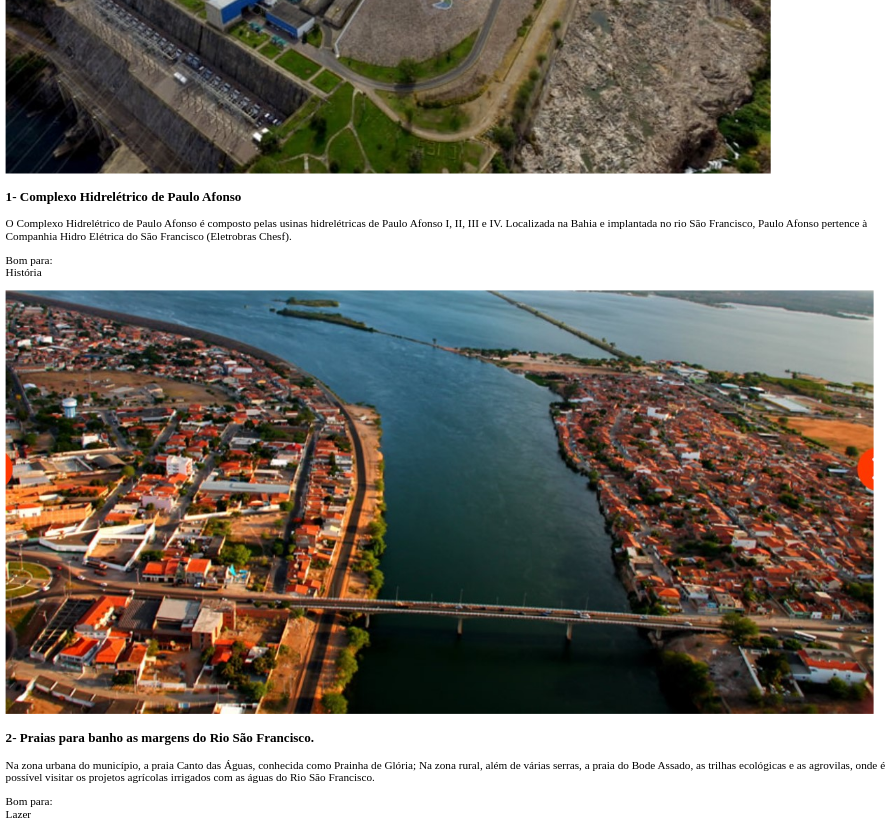
Repository: JeffRodFer/testeGitXGithub
Page: index.html
These files come from the project's save history. The page is drawn as it stood at one moment and after the next save; the edit follows.
The browser window is 1280 px wide. The pictures show the part of the page from y = 1567 to 3487 px (the page is 2755 px tall before and 3487 px after), at 70% of full size.

Above is the page before, as saved 2025-03-15 19:06:21.

### index.html
<!DOCTYPE html>
<html lang="pt-br">
<head>
    <meta charset="UTF-8">
    <meta name="viewport" content="width=device-width, initial-scale=1.0">
    <title>Local Turístico</title>
</head>
<body>
    <main>
        <div>
            <p>Sua próxima viagem</p>
            <h1>Conheça Paulo Afonso</h1>
            <section>
                <img src="assets/main.jpg" alt="visão geral da hidroelêtrica">
                <p>O Complexo Hidrelétrico de Paulo Afonso é um conjunto de usinas, localizado na cidade de Paulo Afonso, formado pelas usinas de Paulo Afonso I, II, III, IV e Apolônio Sales (Moxotó), que produz 4 279,6 megawatts de energia, gerada a partir da força das águas da Cachoeira de Paulo Afonso, um desnível natural de 80 metros do Rio São Francisco. Sendo assim, o Complexo de usinas de Paulo Afonso tem a terceira maior capacidade instalada dentre as usinas do Brasil, perdendo apenas para Belo Monte (11 233 MW) e Tucuruí (8 000 MW), já que Itaipu com 14 000 MW é binacional (Brasil/Paraguai). </p>
            </section>
            <section>
                <p>História e tecnologia a favor do desenvolvimento</p>
                <h2>Descubra três destinos incríveis em Paulo Afonso</h2>
                <p>
                         A construção do Complexo Hidrelétrico de Paulo Afonso no início da década de 1950 foi um marco para a engenharia brasileira, visto que foi necessário controlar e reverter o fluxo do Rio São Francisco, numa obra de engenharia sem tamanho para aquela época, para então iniciar-se o processo de construção da barragem da primeira usina (Paulo Afonso I), depois inaugurada pelo presidente Café Filho em 15 de janeiro de 1955
                </p>
                <img src="assets/hidroele.jpg" alt="hidroelêtrica">
                <h3>1- Complexo Hidrelétrico de Paulo Afonso</h3>
                <p>
                     O Complexo Hidrelétrico de Paulo Afonso é composto pelas usinas hidrelétricas de Paulo Afonso I, II, III e IV. Localizada na Bahia e implantada no rio São Francisco, Paulo Afonso pertence à Companhia Hidro Elétrica do São Francisco (Eletrobras Chesf).
                </p>
                <P>Bom para: <br>
                   História</P>
            </section>
            <section>
                <img src="assets/aerea.jpg" alt="praias para banho as margens do Rio São Francisco">
                <h3>2- Praias para banho as margens do Rio São Francisco.</h3>
                <p>
                    Na zona urbana do município, a praia Canto das Águas, conhecida como Prainha de Glória; Na zona rural, além de várias serras, a praia do Bode Assado, as trilhas ecológicas e as agrovilas, onde é possível visitar os projetos agrícolas irrigados com as águas do Rio São Francisco.
                </p>
                <p>Bom para: <br>
                    Lazer</p>
            </section>

        </div>
    </main>
</body>
</html>

After the next save:
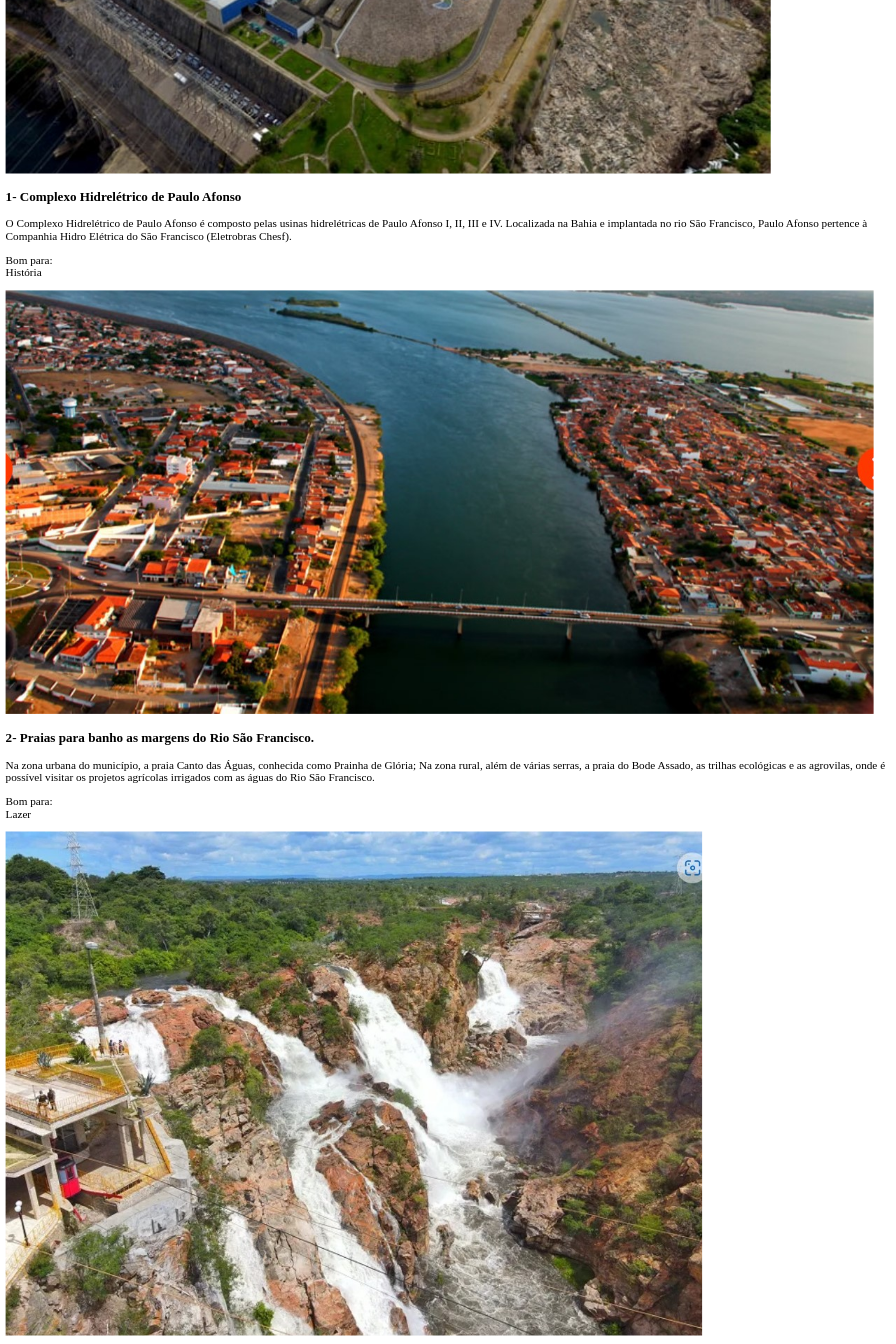
Saved 93 s later.
--- a/index.html
+++ b/index.html
@@ -37,6 +37,9 @@
                 <p>Bom para: <br>
                     Lazer</p>
             </section>
+            <section>
+                <img src="assets/rochasagua.jpg" alt="">
+            </section>
 
         </div>
     </main>
